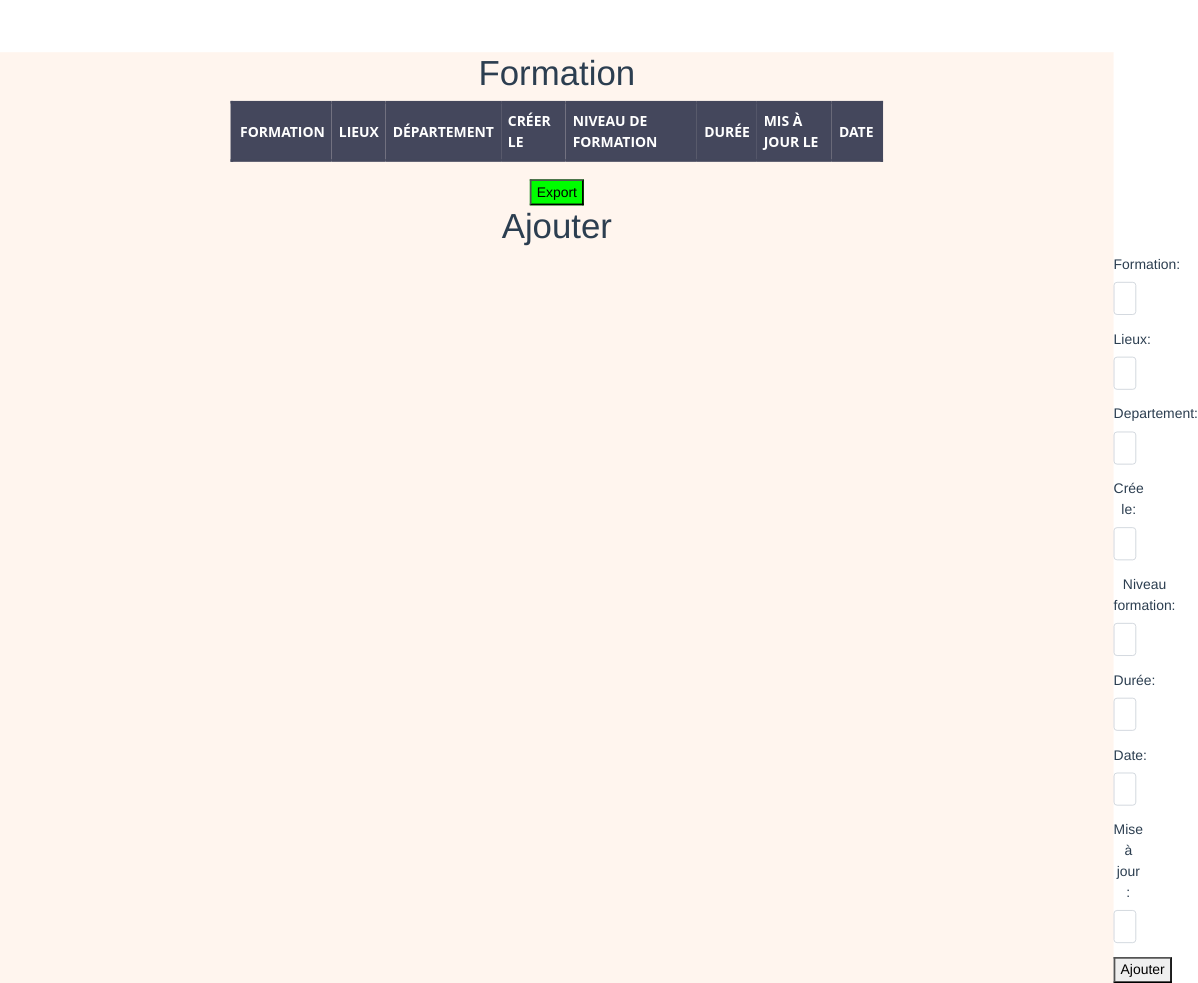
Repository: BaldeThierno1990/Projet-1-formation-tableau-generique-vue-export
Page: / (app in mcc/)
The author's editor kept a copy of each file at every save. The page is drawn from the files as they stood at one save, then again after the next save.
The browser window is 1280 px wide. The page is 1377 px wide, then 1280 px, so the pictures cover 1377 px, including what lies to the right of the window. The pictures show the whole page, at 87% of full size.
The page's requests for data from a server got no answer. The project was rebuilt for these pictures with package versions that can differ from the ones it lists, and the page was loaded fresh each time. No one was signed in, and anything a server would have sent is missing.

Above is the page before, as saved 2021-03-18 10:16:57.

### mcc/src/main.js
import Vue from 'vue'
import App from './App.vue'

import 'bootstrap';
import 'bootstrap/dist/css/bootstrap.min.css';

Vue.config.productionTip = false

new Vue({
  render: h => h(App),
}).$mount('#app')

### mcc/src/App.vue
<template>
  <div id="app">
    <Home></Home>
  </div>
</template>

<script>
import Home from "@/components/Home";

export default {
  name: 'App',
  components: {
    Home,
  }
}
</script>

<style>
#app {
  font-family: Avenir, Helvetica, Arial, sans-serif;
  -webkit-font-smoothing: antialiased;
  -moz-osx-font-smoothing: grayscale;
  text-align: center;
  color: #2c3e50;
  margin-top: 60px;
}
</style>

### mcc/src/components/Home.vue
<template>
    <div class="home">
        <h1>Formation</h1>
    <!-- <p v-for="formation in info" :key="formation">
        {{formation.Lieux}}
        {{formation.Departement}}
    </p> -->
<div style="margin:auto">
    <table id="firstTable">
  <thead>
    <tr>
      <th>Formation</th>
      <th>Lieux</th>
      <th>Département</th>
      <th>créer le </th>
      <th>Niveau de Formation</th>
      <th>Durée</th>
      <th>Mis à jour le</th>
      <th>Date</th>

    </tr>
  </thead>
  <tbody>
    <tr v-for="formation in info" :key="formation" >
      <td>{{formation.typeFormation}}</td>
      <td> {{formation.Lieux}}</td>
       <td> {{formation.Departement}}</td>
      <td>{{formation.createdAt}}</td>
       <td>{{formation.niveauFormation}}</td>
      <td>{{formation.dureeFormation}}</td>
       <td>{{formation.updateAt}}</td>
       <td>{{formation.Date}}</td>
    </tr>
  </tbody>
</table>
 <button type="button" class="download-btn" v-on:click="download">
      Export
    </button>
</div>
<Post-form></Post-form>
 </div>

</template>

<style scoped>
table {
  font-family: 'Open Sans', sans-serif;
  width: 750px;
  border-collapse: collapse;
  border: 3px solid #44475C;
  margin: auto;
}

table th {
  text-transform: uppercase;
  text-align: left;
  background: #44475C;
  color: #FFF;
  padding: 8px;
  min-width: 30px;
}

table td {
  text-align: left;
  padding: 8px;
  border-right: 2px solid #7D82A8;
}
table td:last-child {
  border-right: none;
}
table tbody tr:nth-child(2n) td {
  background: #D4D8F9;
}
.download-btn{
  background-color: lime;
  margin-top: 20px;
}
.home{
 background-color: seashell;
}
</style>
<script>
// import API from "@/services/api.js";
import axios from 'axios';
import XLSX from "xlsx";
import PostForm from '@/components/Post-form';
export default {
  components: {
      PostForm
  },
  data() {
    return {
       info: null,

    }
  },
   mounted () {
       var self = this;
    axios
      .get('http://localhost:8000/api/formations.json')
      .then(function (response){
          self.info = response.data
        //  console.log(response.data)

      })
  },
  methods: {
    download: function () {
      const data = XLSX.utils.json_to_sheet(this.info);
      const wb = XLSX.utils.book_new();
      XLSX.utils.book_append_sheet(wb, data, "data");
      XLSX.writeFile(wb, "formation.xlsx");
    },
  },

}
</script>

### mcc/src/components/Post-form.vue
<template>
    <div>
        <h1>Ajouter</h1>
        <div class="form">

        <form @submit.prevent="postData" method="post">
            <!-- <form v-on:submit.prevent="postData"> -->
            <div class="mb-3">
            <label for="mon_id">Formation:</label>
            <input type="text" name="type_formation" class="form-control"  v-model="posts.typeFormation">
            </div>
             <div class="mb-3">
            <label for="mon_id">Lieux:</label>
            <input type="text" name="lieux" class="form-control"  v-model="posts.Lieux">
             </div>
              <div class="mb-3">
            <label for="mon_id">Departement:</label>
            <input name="departement" class="form-control"   v-model.number="posts.Departement">
              </div>
               <div class="mb-3">
            <label for="mon_id">Crée le:</label>
            <input type="datetime-local" name="update_at" class="form-control"  v-model="posts.createdAt">
               </div>
                <div class="mb-3">
            <label for="mon_id">Niveau formation:</label>
            <input type="text" name="niveau_formation" class="form-control"  v-model="posts.niveauFormation">
                </div>
                 <div class="mb-3">
            <label for="mon_id">Durée:</label>
            <input name="durée_formation" class="form-control"  v-model.number="posts.dureeFormation">
                 </div>
                  <div class="mb-3">
            <label for="mon_id">Date:</label>
            <input type="date" name="Date" class="form-control"  v-model="posts.Date">
                  </div>
                   <div class="mb-3">
            <label for="mon_id">Mise à jour :</label>
            <input type="datetime-local" name="update_at" class="form-control"  v-model="posts.updateAt">
                   </div>
            <button type="submit">Ajouter</button>
        </form>
    </div>
    </div>
</template>

<script>
import Vue from 'vue'
import axios from 'axios';
import VueAxios from 'vue-axios'
Vue.use(VueAxios, axios)
export default {
    data(){
        return{
            posts:{
                typeFormation:null,
                Lieux:null,
                Date:null,
                Departement:null,
                createdAt:null,
                niveauFormation:null,
                dureeFormation:null,
                updateAt:null,
            },

        }
    },
    methods:{
       postData(){
            axios.post('http://127.0.0.1:8000/api/formations', this.posts)

                 .then(() => {
                     //Perform Success Action
                 })
                 .catch(() => {
                     // error.response.status Check status code
                 }).finally(() => {
                     //Perform action in always
                 });

        },
    }
}


</script>

<style>
.form{
    margin-right: 100%;
    margin-left: 100%;
}
</style>

Loaded but not shown: mcc/public/index.html (common file)

After the next save:
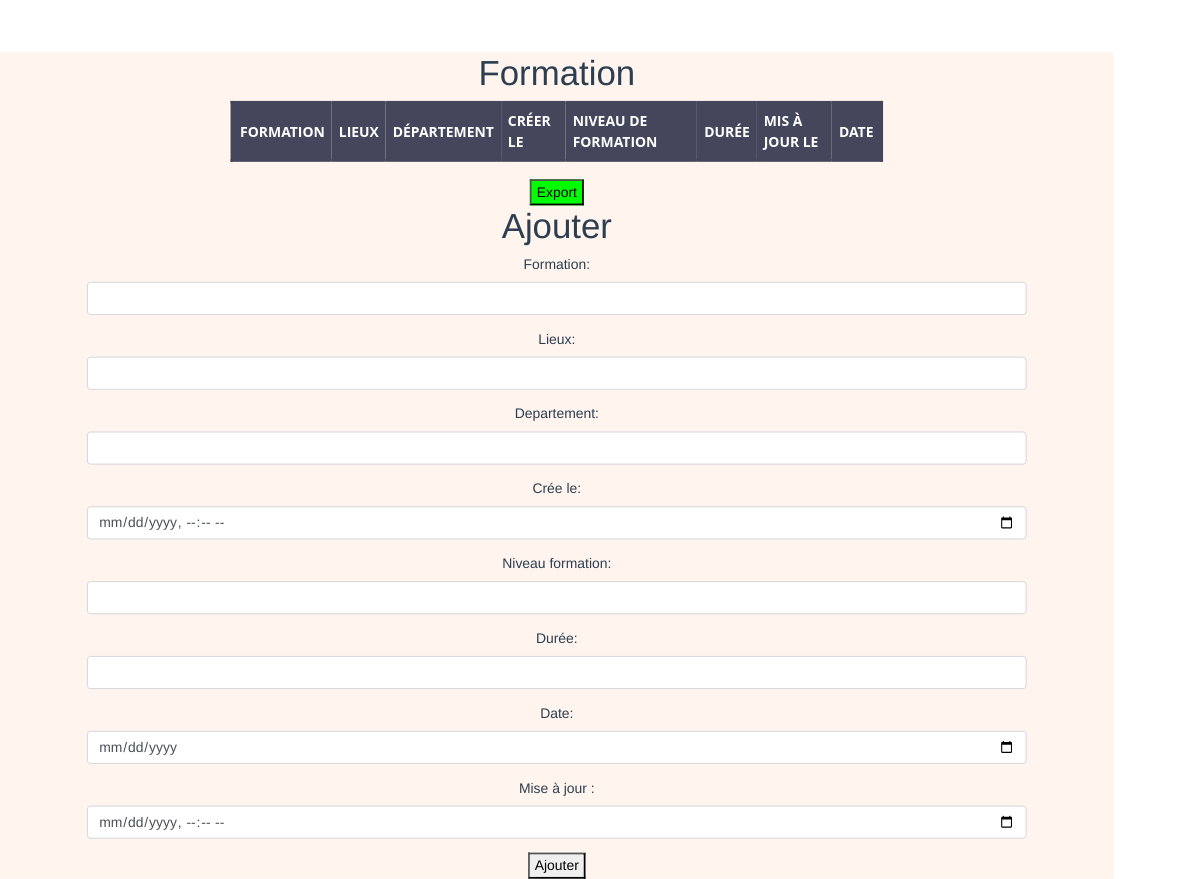
Saved 16 s later.
--- a/mcc/src/components/Post-form.vue
+++ b/mcc/src/components/Post-form.vue
@@ -86,7 +86,7 @@
 
 <style>
 .form{
-    margin-right: 100%;
-    margin-left: 100%;
+    margin-right: 100px;
+    margin-left: 100px;
 }
 </style>
